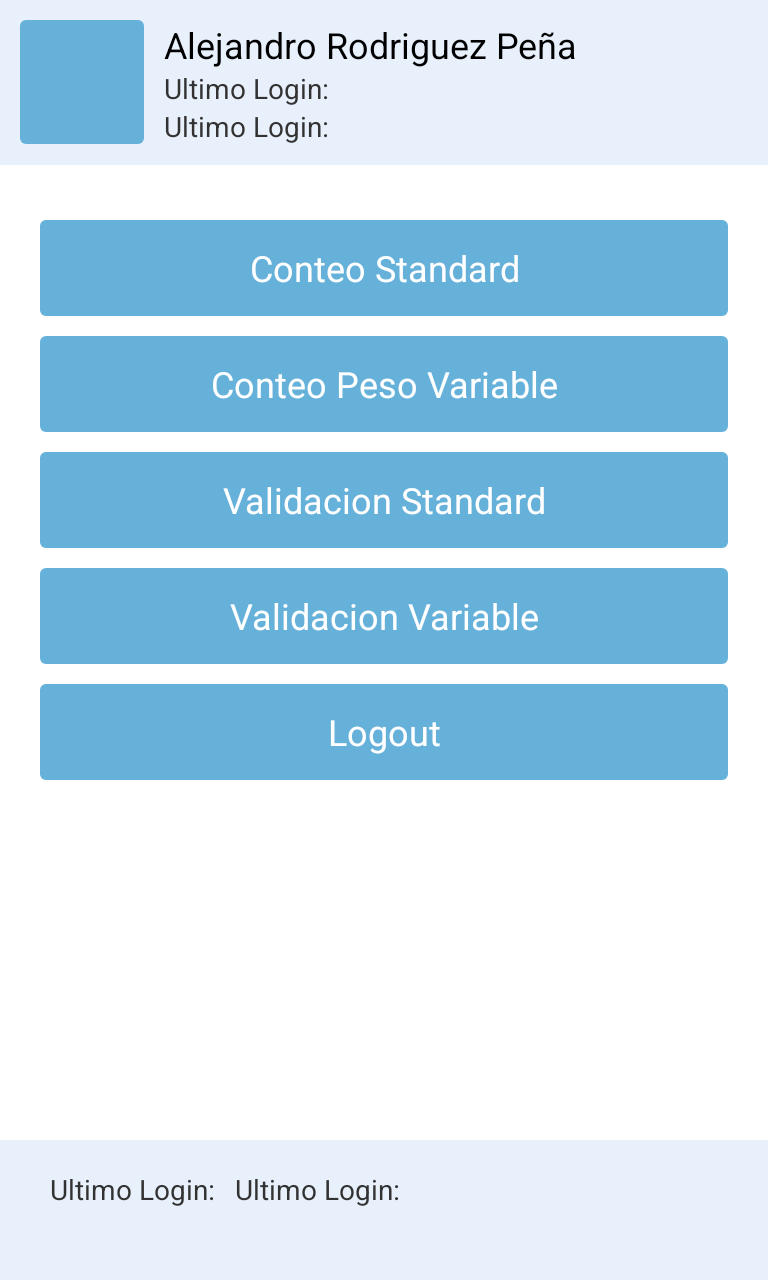
Repository: arodriguezp2003/aqandroid
Layout: BlueFlameWMS/res/layout/lmenu.xml
An editor plug-in stored every save of this project. The layout is shown before and after the next save, followed by the edit.
It is drawn on a 768 x 1280 px phone screen (xhdpi) without system bars, with theme AppTheme; the app's code is not run.

Above is the layout before, as saved 2014-06-20 19:36:16.

### BlueFlameWMS/res/layout/lmenu.xml
<?xml version="1.0" encoding="utf-8"?>
<ScrollView
  xmlns:android="http://schemas.android.com/apk/res/android"
  android:layout_width="fill_parent"
  android:layout_height="fill_parent"
  android:fillViewport="true">
<RelativeLayout
        android:layout_width="fill_parent"
        android:layout_height="wrap_content" android:background="#ffffff">

     <LinearLayout
        android:layout_width="match_parent"
        android:layout_height="wrap_content"
        android:background="@drawable/fondo"
        android:paddingBottom="10dp" >

        <ImageView
            android:id="@+id/xImage"
            android:layout_width="72dp"
            android:layout_height="72dp"
            android:paddingLeft="10dp"
            android:paddingTop="10dp"
            android:src="@drawable/btn" />

        <LinearLayout
            android:layout_width="wrap_content"
            android:layout_height="wrap_content"
            android:orientation="vertical" >

            <TextView
                android:id="@+id/xUsername"
                android:layout_width="wrap_content"
                android:layout_height="wrap_content"
                android:paddingLeft="10dp"
                android:paddingTop="10dp"
                android:text="Alejandro Rodriguez Peña"
                android:textAppearance="?android:attr/textAppearanceMedium" />

            <TextView
                android:id="@+id/xUsername"
                android:layout_width="wrap_content"
                android:layout_height="wrap_content"
                android:paddingLeft="10dp"
                android:paddingTop="0dp"
                android:text="Ultimo Login:"
                android:textAppearance="?android:attr/textAppearanceSmall" />

            <TextView
                android:id="@+id/xLastLog"
                android:layout_width="wrap_content"
                android:layout_height="wrap_content"
                android:paddingLeft="10dp"
                android:paddingTop="0dp"
                android:text="Ultimo Login:"
                android:textAppearance="?android:attr/textAppearanceSmall" />
        </LinearLayout>
    </LinearLayout>

  <LinearLayout
      android:id="@+id/footer"
      android:layout_width="fill_parent"
      android:layout_height="70dip"
      android:layout_alignParentBottom="true"
      android:padding="15dp"
      android:background="@drawable/fondo" >
   <TextView
                android:id="@+id/xLastLog"
                android:layout_width="wrap_content"
                android:layout_height="wrap_content"
                android:paddingLeft="10dp"
                android:paddingTop="0dp"
                android:text="Ultimo Login:"
                android:textAppearance="?android:attr/textAppearanceSmall" />
      <TextView
                android:id="@+id/xLastLog"
                android:layout_width="wrap_content"
                android:layout_height="wrap_content"
                android:paddingLeft="10dp"
                android:paddingTop="0dp"
                android:text="Ultimo Login:"
                android:textAppearance="?android:attr/textAppearanceSmall" />

        </LinearLayout>

  <LinearLayout
         android:id="@+id/CUERPO"
          android:orientation="vertical"
          android:layout_width="match_parent"
          android:layout_height="wrap_content"
          android:padding="20dip"
          android:layout_marginTop="80dp"
         >

	  <Button
	    android:id="@+id/btn_CS"
	    android:layout_width="match_parent"
	    android:layout_height="wrap_content"
	    android:layout_marginTop="10dp"
	    android:background="@drawable/btn"
	    android:text="@string/btn_TareaConteoEstandar"
	    android:textColor="@drawable/text_btn" />

	    <Button
	    android:id="@+id/btn_CV"
	    android:layout_width="match_parent"
	    android:layout_height="wrap_content"
	    android:layout_marginTop="10dp"
	    android:background="@drawable/btn"
	    android:text="@string/btn_tare_conteo_peso"
	    android:textColor="@drawable/text_btn" />

	    <Button
	    android:id="@+id/btn_CSV"
	    android:layout_width="match_parent"
	    android:layout_height="wrap_content"
	    android:layout_marginTop="10dp"
	    android:background="@drawable/btn"
	    android:text="@string/btn_TareaConteoEstandarVAL"
	    android:textColor="@drawable/text_btn" />

	    <Button
	    android:id="@+id/btn_CVV"
	    android:layout_width="match_parent"
	    android:layout_height="wrap_content"
	    android:layout_marginTop="10dp"
	    android:background="@drawable/btn"
	    android:text="@string/btn_tare_conteo_pesoVAL"
	    android:textColor="@drawable/text_btn" />

	     <Button
	    android:id="@+id/Logout"
	    android:layout_width="match_parent"
	    android:layout_height="wrap_content"
	    android:layout_marginTop="10dp"
	    android:background="@drawable/btn"
	    android:text="Logout"
	    android:textColor="@drawable/text_btn" />
    </LinearLayout>
  </RelativeLayout>

</ScrollView>

### BlueFlameWMS/res/drawable-mdpi/fondo.xml
<?xml version="1.0" encoding="utf-8"?>
<selector xmlns:android="http://schemas.android.com/apk/res/android" >
    <item>
        <shape >
            <solid android:color="#e8f0fb" />
        </shape>
    </item>

</selector>

### BlueFlameWMS/res/drawable-mdpi/btn.xml
<?xml version="1.0" encoding="utf-8"?>
<selector xmlns:android="http://schemas.android.com/apk/res/android">
    <item android:state_pressed="true" >
        <shape>
            <solid
                android:color="#124686" />

            <corners
                android:radius="3dp" />
            <padding
                android:left="10dp"
                android:top="10dp"
                android:right="10dp"
                android:bottom="10dp" />
        </shape>
    </item>
    <item >
        <shape >
            <solid
                android:color="#66b1da" />

            <corners
                android:radius="3dp" />
            <padding
                android:left="10dp"
                android:top="10dp"
                android:right="10dp"
                android:bottom="10dp" />
        </shape>
    </item>
</selector>

### BlueFlameWMS/res/values/strings.xml
<?xml version="1.0" encoding="utf-8"?>
<resources>

    <string name="app_name">BlueFlameWMS</string>
    <string name="hello_world">Hello world!</string>
    <string name="action_settings">Settings</string>
	<string name="auth">Login</string>
    <string name="user">Usuario</string>
    <string name="password">Password</string>

     <string name="btn_TareaConteoEstandar">Conteo Standard</string>
    <string name="btn_TareaConteoEstandarVAL">Validacion Standard</string>
    <string name="btn_tare_conteo_peso">Conteo Peso Variable</string>
    <string name="btn_tare_conteo_pesoVAL">Validacion Variable</string>
     <string name="btn_AceptarCliente">Aceptar</string>
</resources>

### BlueFlameWMS/res/drawable-mdpi/text_btn.xml
<?xml version="1.0" encoding="utf-8"?>
<selector
    xmlns:android="http://schemas.android.com/apk/res/android"
>
    <!-- Any Enabled button, gets White Text -->
    <item
        android:color="#FFF"
        android:state_enabled="true" />

    <!-- Buttons with any other state, get DarkGray Text -->
    <item
        android:color="#FFF"/>
</selector>

Loaded but not shown: BlueFlameWMS/res/values/styles.xml (common file); BlueFlameWMS/res/values-v11/styles.xml (common file); BlueFlameWMS/res/values-v14/styles.xml (common file)

After the next save:
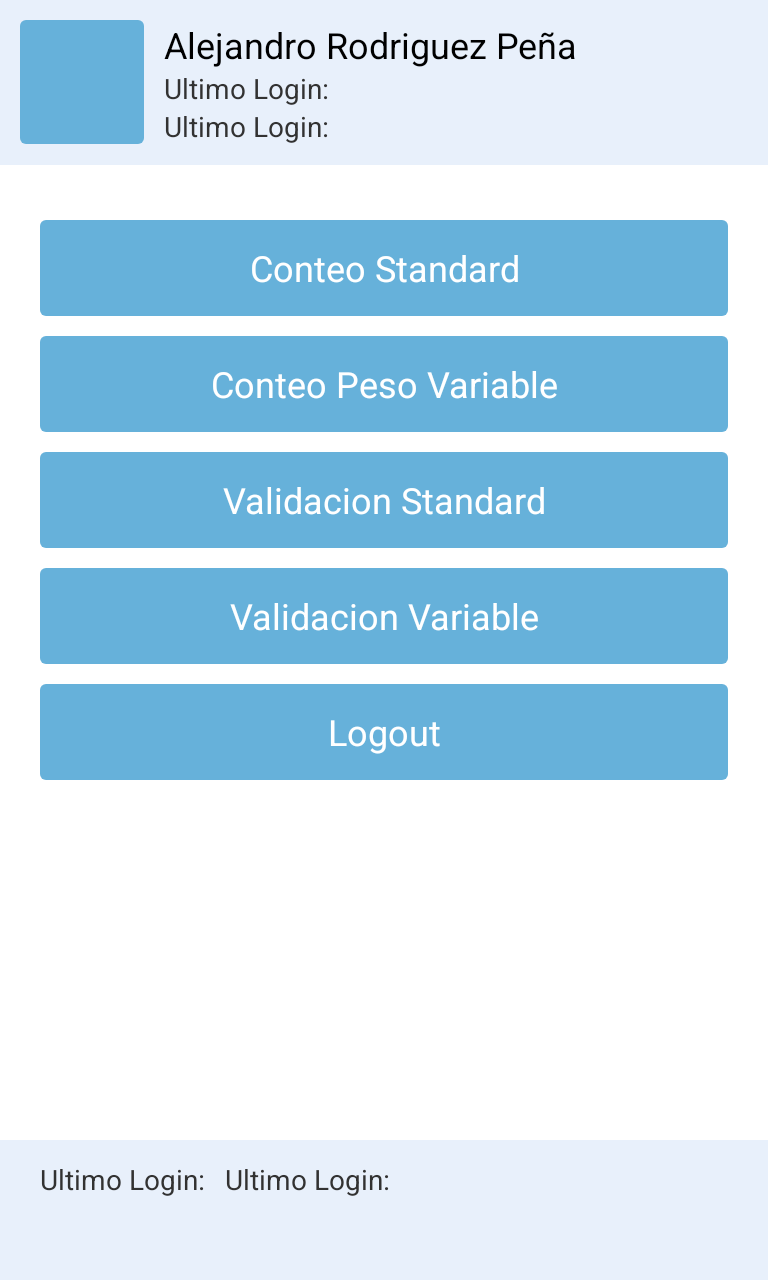
Saved 13 s later.
--- a/BlueFlameWMS/res/layout/lmenu.xml
+++ b/BlueFlameWMS/res/layout/lmenu.xml
@@ -61,7 +61,7 @@
       android:layout_width="fill_parent"
       android:layout_height="70dip"
       android:layout_alignParentBottom="true"
-      android:padding="15dp"
+      android:padding="10dp"
       android:background="@drawable/fondo" >
    <TextView
                 android:id="@+id/xLastLog"
